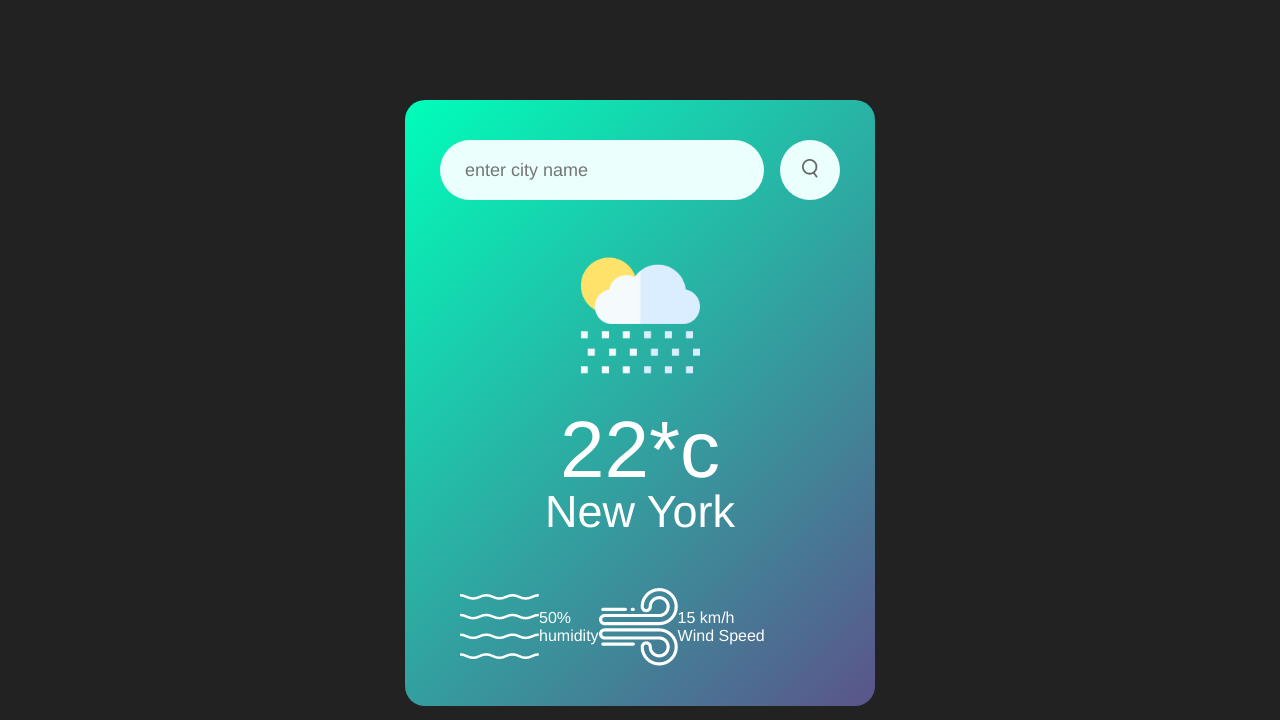
Repository: sodmaq/weatherApp
Page: index.html
The author's editor kept a copy of each file at every save. The page is drawn from the files as they stood at one save, then again after a run of saves.
The browser window is 1280 px wide. The pictures show the whole page.

Above is the page before, as saved 2023-06-24 22:42:29.

After the next 12 saves:
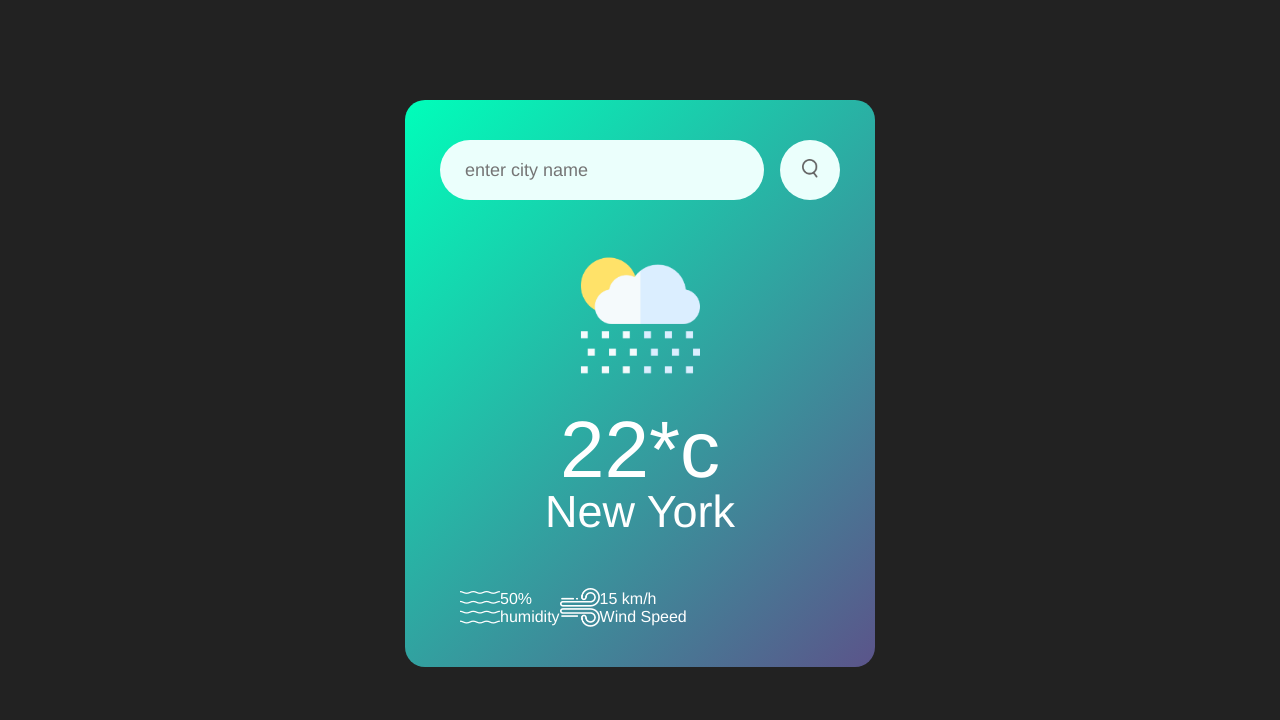
The 12 saves are shown as one change because they came seconds apart.
The last was saved 28 s later.
--- a/style.css
+++ b/style.css
@@ -77,3 +77,7 @@ body {
     align-items: center;
     text-align: left;
 }
+.col img{
+    width: 40px;
+    margin;
+}
